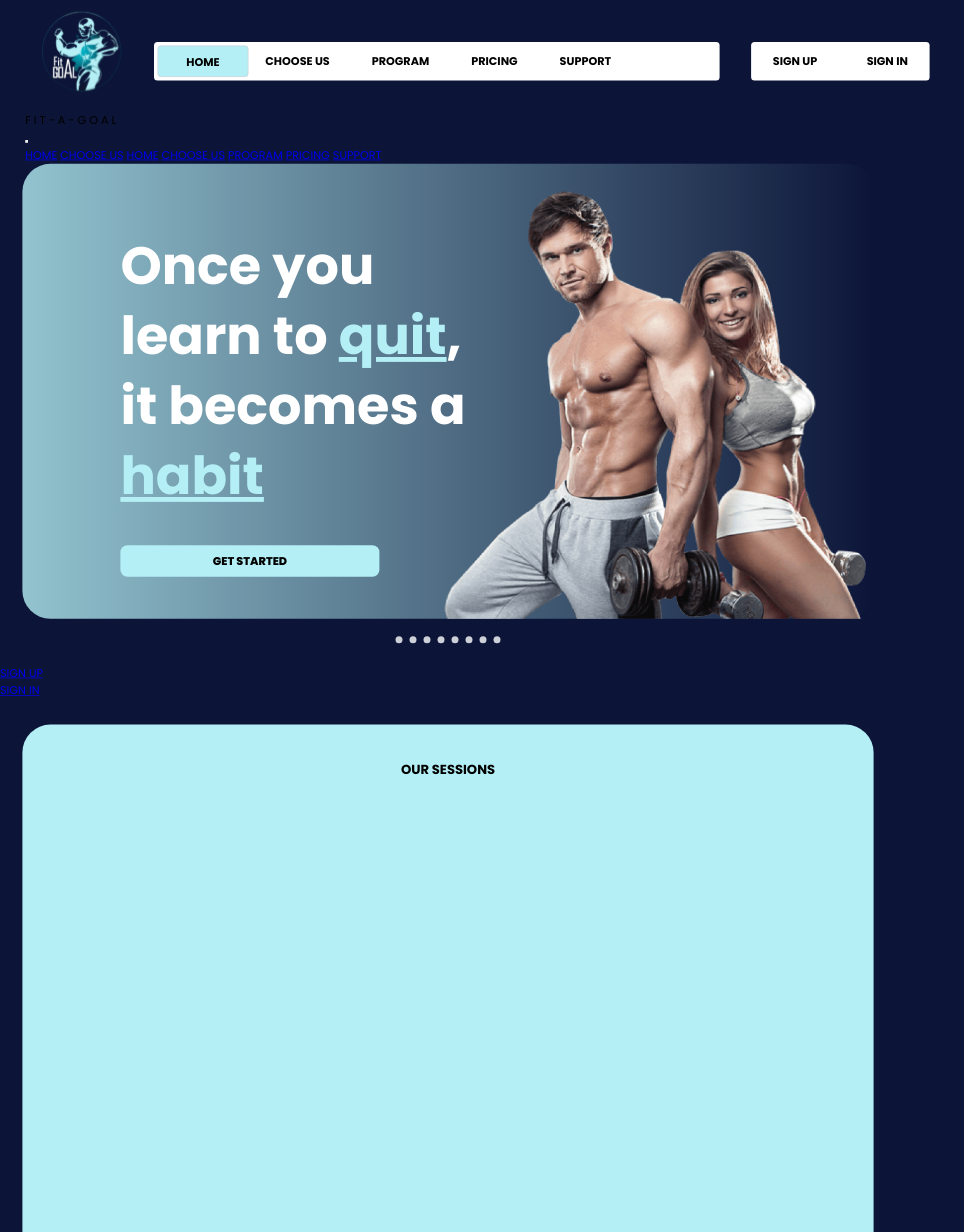
Repository: Rellzcodez/Group1-Team8
Page: index.html
The author's editor kept a copy of each file at every save. The page is drawn from the files as they stood at one save, then again after the next save.
The browser window is 1280 px wide. The page is 1377 px wide, so the pictures cover 1377 px, including what lies to the right of the window. The pictures show the part of the page from y = 0 to 1760 px (the page is 9517 px tall), at 70% of full size.

Above is the page before, as saved 2022-09-12 10:11:38.

After the next save:
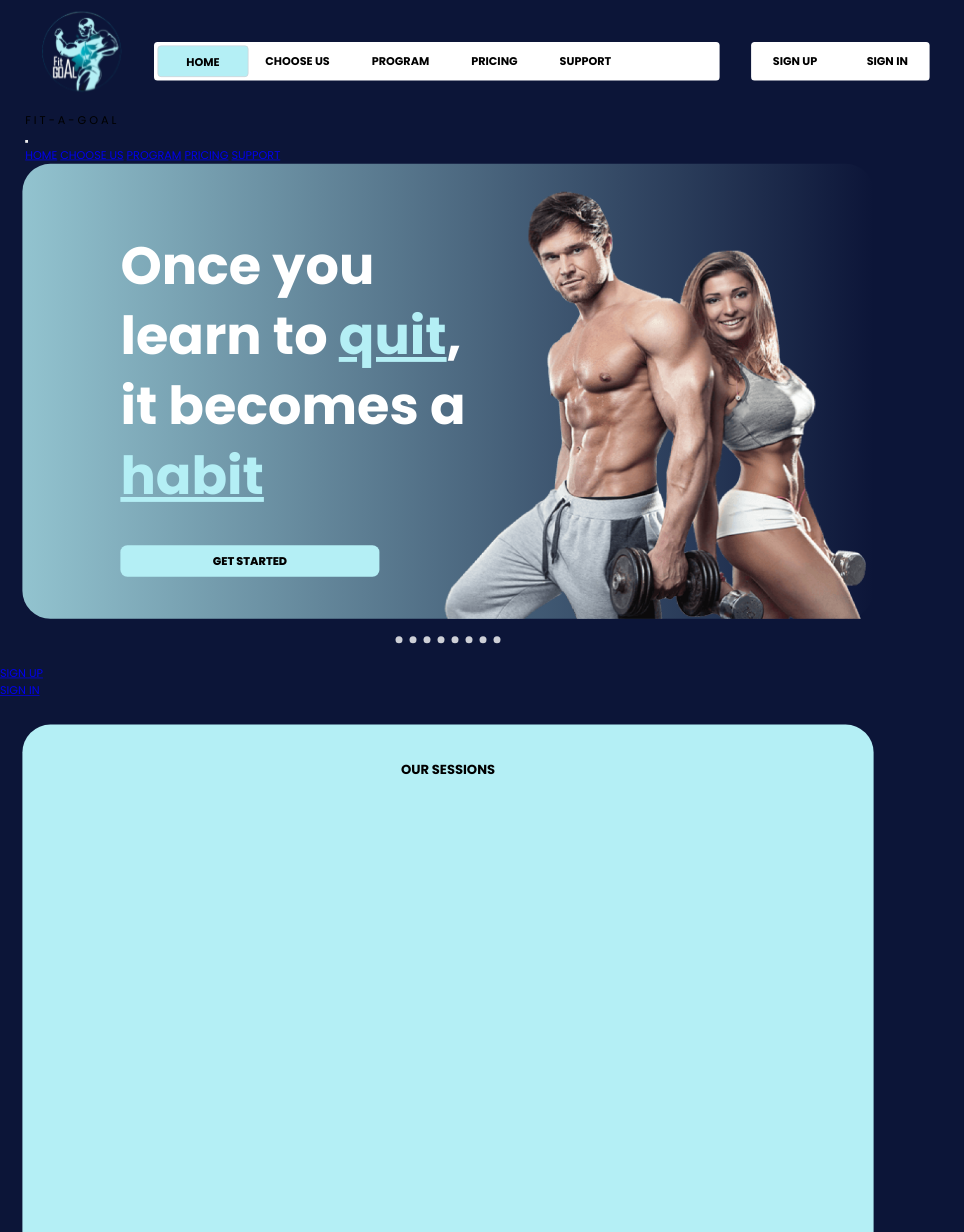
Saved 27 s later.
--- a/index.html
+++ b/index.html
@@ -40,8 +40,8 @@
                 <div class="hamburger-bar"></div>
             </button>
             <div class="navigation-hamburger">
-                <a href="index.html">HOME</a>
-                <a href="/pages/choose_us.html" target="_blank" title=>CHOOSE US</a>
+                <!-- <a href="index.html">HOME</a>
+                <a href="/pages/choose_us.html" target="_blank" title=>CHOOSE US</a> -->
                 <a href="#">HOME</a>
                 <a href="pages/choose_us.html" target="_blank" >CHOOSE US</a>
                 <a href="#" >PROGRAM</a>
